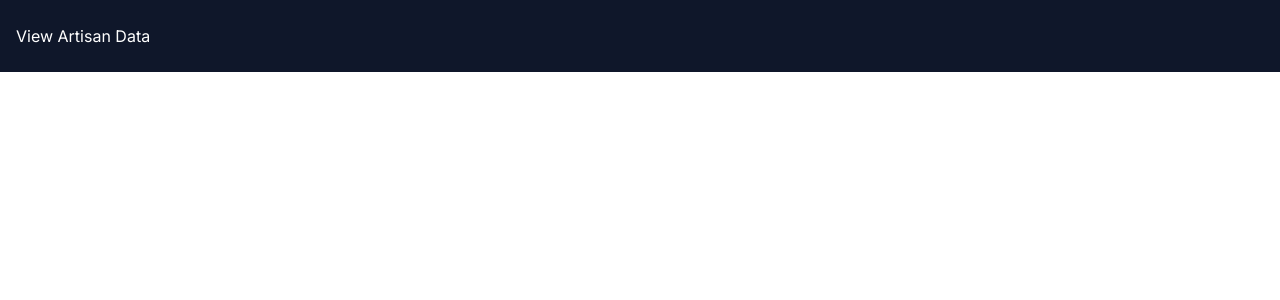
Repository: marcusdashe/artisanindex_frontend
Page: /components/ViewArtisanDataScreen
These files come from the project's save history. The page is drawn as it stood at one moment and after the next save; the edit follows.
The browser window is 1280 px wide. The pictures show the whole page.
The project was rebuilt for these pictures with package versions that can differ from the ones it lists, and the page was loaded fresh each time. The framework's server and built-in components were replaced by stand-ins that run in the browser. Also part of the build but not shown: next.config.js.

Above is the page before, as saved 2023-03-07 13:06:56.

### pages/_document.js
import { Html, Head, Main, NextScript } from "next/document";

export default function Document() {
  return (
    <Html lang="en">
      <Head>
        <link rel="preconnect" href="https://fonts.googleapis.com" />
        <link
          rel="preconnect"
          href="https://fonts.gstatic.com"
          crossOrigin="true"
        />
        <link
          href="https://fonts.googleapis.com/css2?family=Inter:wght@100;200;300;400;500;600&display=swap"
          rel="stylesheet"
        />
      </Head>
      <body>
        <Main />
        <NextScript />
      </body>
    </Html>
  );
}

### pages/components/ViewArtisanDataScreen.js
import React from "react";

function ViewArtisanDataScreen() {
  return (
    <div className="w-full h-[100vh]">
      <div className="w-full h-[10vh] bg-slate-900 flex items-center content-center justify-start p-4">
        <h1 className="text-white">View Artisan Data</h1>
      </div>
      <div className="w-full h-[90vh] p-4 overflow-y-scroll overflow-x-hidden">
        <div className="bg-slate-300 rounded-md"></div>
      </div>
    </div>
  );
}

export default ViewArtisanDataScreen;

### styles/globals.css
@tailwind base;
@tailwind components;
@tailwind utilities;

@layer base {
  html {
    font-family: "Inter", sans-serif;
  }
}

### tailwind.config.js
/** @type {import('tailwindcss').Config} */

module.exports = {
  content: [
    "./pages/**/*.{js,ts,jsx,tsx}",
    "./components/**/*.{js,ts,jsx,tsx}",
  ],
  theme: {
    extend: {},
  },
  plugins: [],
};

Loaded but not shown: pages/_app.js (common file)

After the next save:
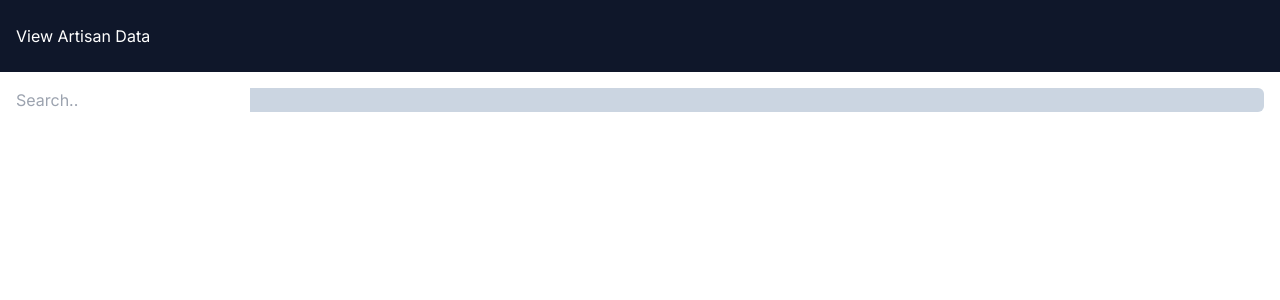
Saved 16 s later.
--- a/pages/components/ViewArtisanDataScreen.js
+++ b/pages/components/ViewArtisanDataScreen.js
@@ -7,7 +7,9 @@ function ViewArtisanDataScreen() {
         <h1 className="text-white">View Artisan Data</h1>
       </div>
       <div className="w-full h-[90vh] p-4 overflow-y-scroll overflow-x-hidden">
-        <div className="bg-slate-300 rounded-md"></div>
+        <div className="bg-slate-300 rounded-md">
+          <input type="text" placeholder="Search.." />
+        </div>
       </div>
     </div>
   );
